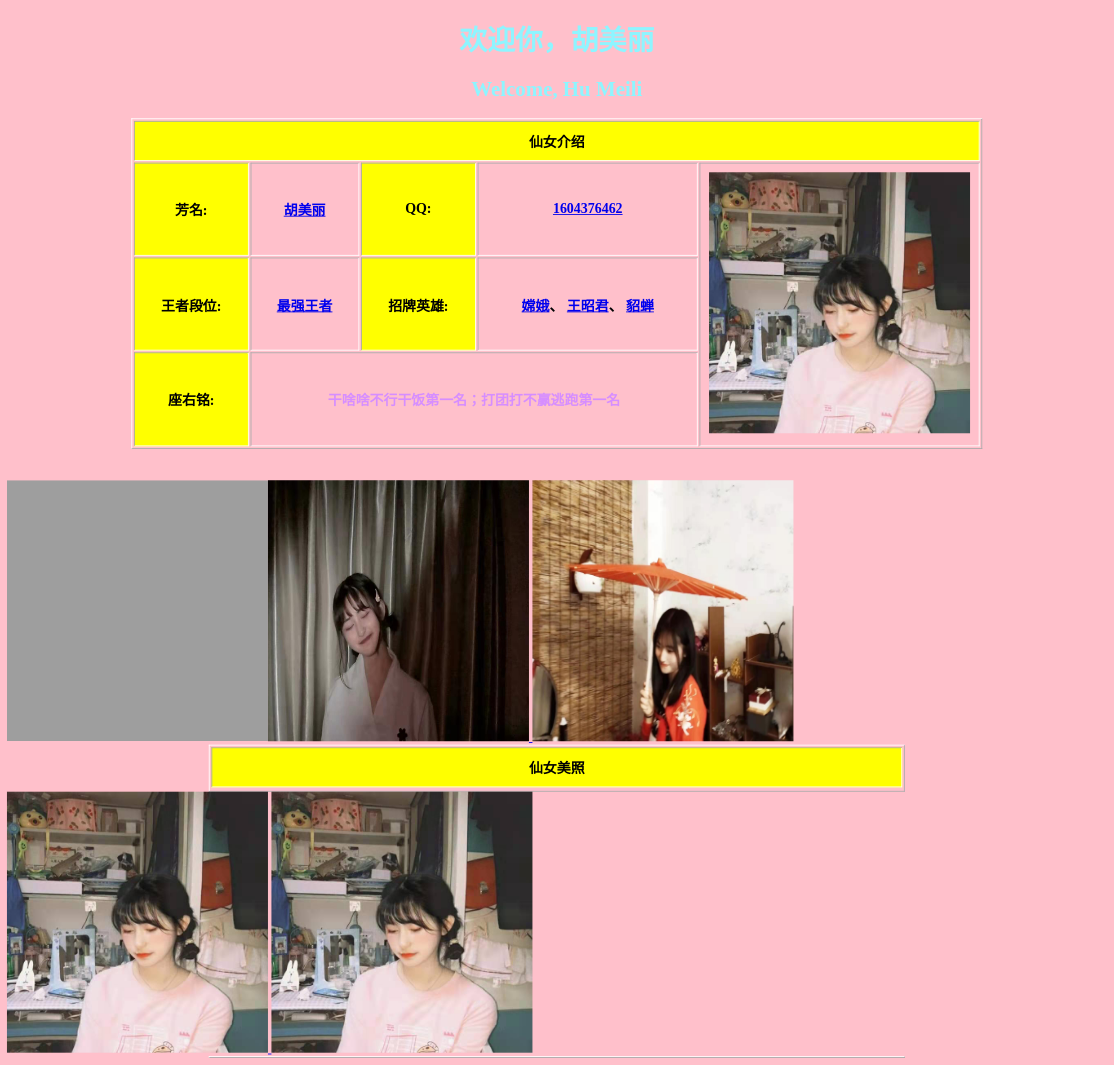
Repository: NanmeiYC/NanmeiYC.github.io
Page: ceshi2.html
The author's editor kept a copy of each file at every save. The page is drawn from the files as they stood at one save, then again after the next save.
The browser window is 1280 px wide. The pictures show the whole page, at 87% of full size.
Pictures or frames that could not be fetched are drawn as grey boxes.

Above is the page before, as saved 2021-05-29 03:09:40.

### ceshi2.html
<!DOCTYPE html>
<html>

<head>
    <meta charset="utf-8">
    <title>欢迎我们美丽大方温柔善良的胡美丽</title>
</head>

<body bgcolor="pink">
    <h1 align="center"><a style="color: #8ef5ff;">欢迎你，胡美丽</a></h1>
    <h2 align="center"><a style="color: #8ef5ff;">Welcome, Hu Meili</a></h2>
    <table border="1" align="center" cellpadding="10px" width="978" style="border-color:rgb(255, 255, 255);">
        <tr align="center">
            <th colspan="7" bgcolor="yellow">仙女介绍</th>
        </tr>

        <tr align="center">
            <th bgcolor="yellow">芳名:</th>
            <th colspan="2"><a href="humeili.html">胡美丽</a></th>
            <th bgcolor="yellow">QQ:</th>
            <th colspan="2"> <a href="http://wpa.qq.com/msgrd?v=3&uin=1604376462&site=qq&menu=yes">1604376462</a></th>
            <td rowspan="3" width="100" <p><a href="humeili.html"><img border="0" src="images\胡美丽主.jpg" width="300px" height="300px"></td>
        </tr>
        <tr align="center">
            <th bgcolor="yellow">王者段位:</th>
            <th colspan="2"><a href="https://pvp.qq.com/web201605/hisrecord.shtml">最强王者</a></th>
            <th bgcolor="yellow">招牌英雄:</th>
            <th colspan="2">
                <a href="https://pvp.qq.com/web201605/herodetail/515.shtml">嫦娥</a>、
                <a href="https://pvp.qq.com/web201605/herodetail/152.shtml">王昭君</a>、
                <a href="https://pvp.qq.com/web201605/herodetail/141.shtml">貂蝉</a>
            </th>
        </tr>
        <tr align="center">
            <th bgcolor="yellow">座右铭:</th>
            <th colspan="5"><a style="color: #d68eff;">干啥啥不行干饭第一名；打团打不赢逃跑第一名</a> </th>
        </tr>
        <table border="1" align="center" cellpadding="10" width="800" style="border-color:rgb(255, 255, 255);">
            <br>
            <br>
        <tr align="center">
            <th colspan="9" bgcolor="yellow">仙女美照</th>
        </tr>
        <tr align="center">
            <th1 rowspan="3" width="100" <p><a href="humeili.html"><img border="0" src="images\胡" width="300px" height="300px"></th1>
            <th2 rowspan="3" width="100" <p><a href="humeili.html"><img border="0" src="images\胡美丽2.jpg" width="300px" height="300px"></th2>
            <th3 rowspan="3" width="100" <p><a href="humeili.html"><img border="0" src="images\胡美丽1.jpg" width="300px" height="300px"></th3>
        </tr>
        <table border="1" align="center" cellpadding="10" width="800" style="border-color:rgb(255, 255, 255);">
        <tr align="center">
            <th4 rowspan="3" width="100" <p><a href="humeili.html"><img border="0" src="images\胡美丽主.jpg" width="300px" height="300px"></th4>
            <th5 rowspan="3" width="100" <p><a href="humeili.html"><img border="0" src="images\胡美丽主.jpg" width="300px" height="300px"></th5>
        </tr>
    </table>

After the next save:
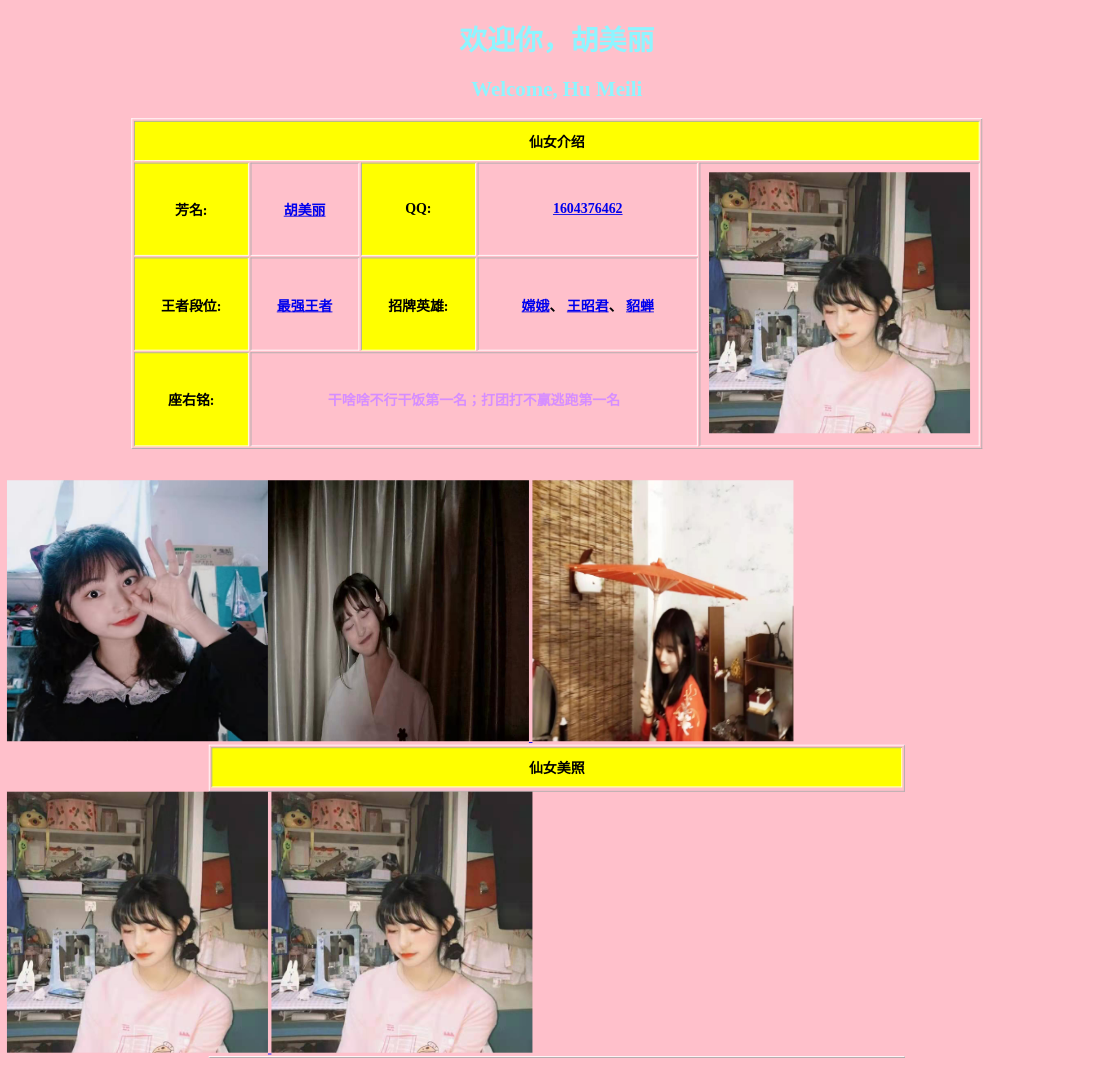
Saved 64 s later.
--- a/ceshi2.html
+++ b/ceshi2.html
@@ -42,7 +42,7 @@
             <th colspan="9" bgcolor="yellow">仙女美照</th>
         </tr>
         <tr align="center">
-            <th1 rowspan="3" width="100" <p><a href="humeili.html"><img border="0" src="images\胡" width="300px" height="300px"></th1>
+            <th1 rowspan="3" width="100" <p><a href="humeili.html"><img border="0" src="images\胡美丽3.jpg" width="300px" height="300px"></th1>
             <th2 rowspan="3" width="100" <p><a href="humeili.html"><img border="0" src="images\胡美丽2.jpg" width="300px" height="300px"></th2>
             <th3 rowspan="3" width="100" <p><a href="humeili.html"><img border="0" src="images\胡美丽1.jpg" width="300px" height="300px"></th3>
         </tr>
